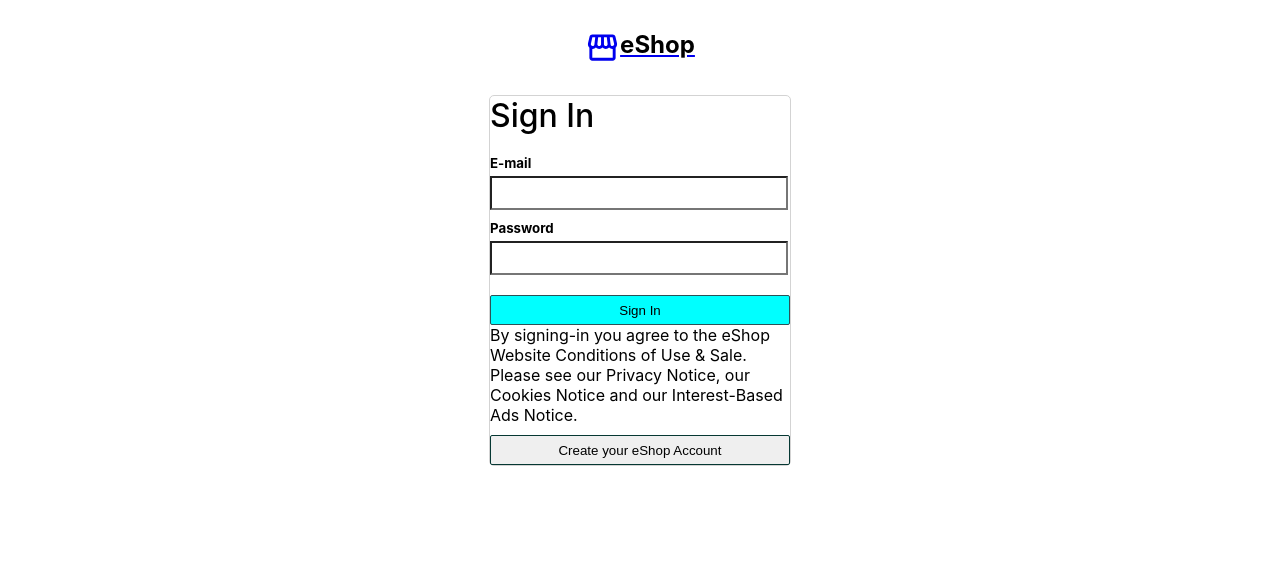
Repository: carinvid/reach-eshop
Page: /login
These files come from the project's save history. The page is drawn as it stood at one moment and after the next save; the edit follows.
The browser window is 1280 px wide. The pictures show the whole page.
The page's requests for data from a server got no answer. The project was rebuilt for these pictures with package versions that can differ from the ones it lists, and the page was loaded fresh each time. No one was signed in, and anything a server would have sent is missing. Also part of the build but not shown: src/Header.css, src/Header.js, src/Home.css, src/Product.css, src/Product.js, src/Home.js, src/Checkout.css, src/CheckoutProduct.css and 5 more.

Above is the page before, as saved 2022-04-06 15:05:56.

After the next save:
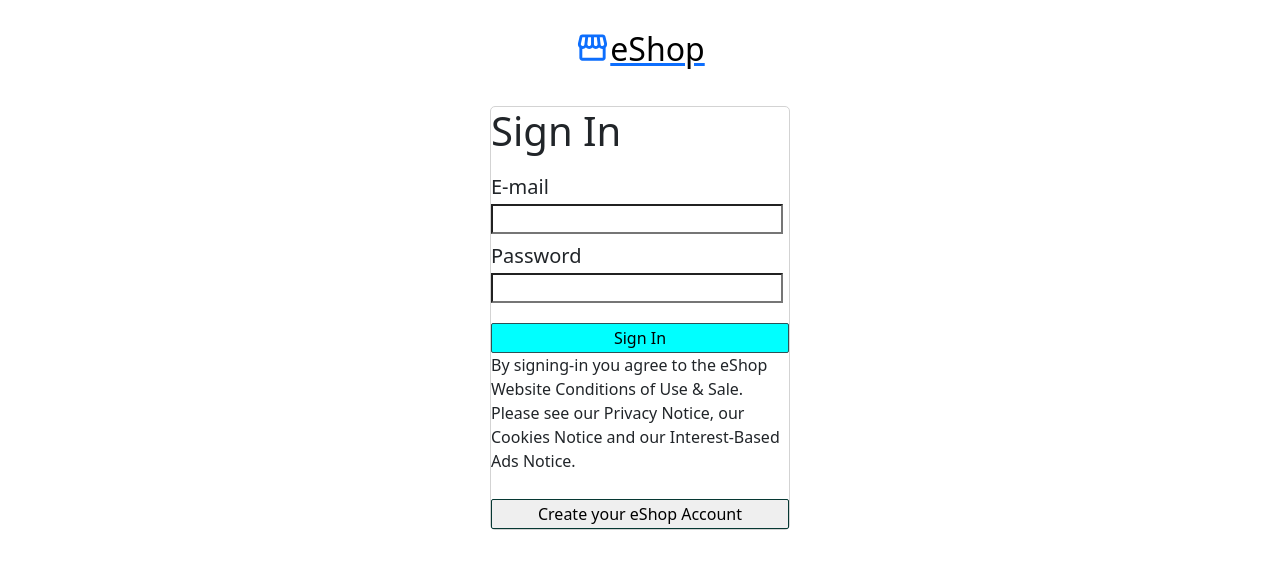
Saved 13 min 13 s later.
--- a/src/index.js
+++ b/src/index.js
@@ -4,6 +4,7 @@ import './index.css';
 import App from './App';
 import reducer, { initialState} from './reducer';
 import { StateProvider } from './StateProvider';
+import "bootstrap/dist/css/bootstrap.min.css"
 
 ReactDOM.render(
   <React.StrictMode>
